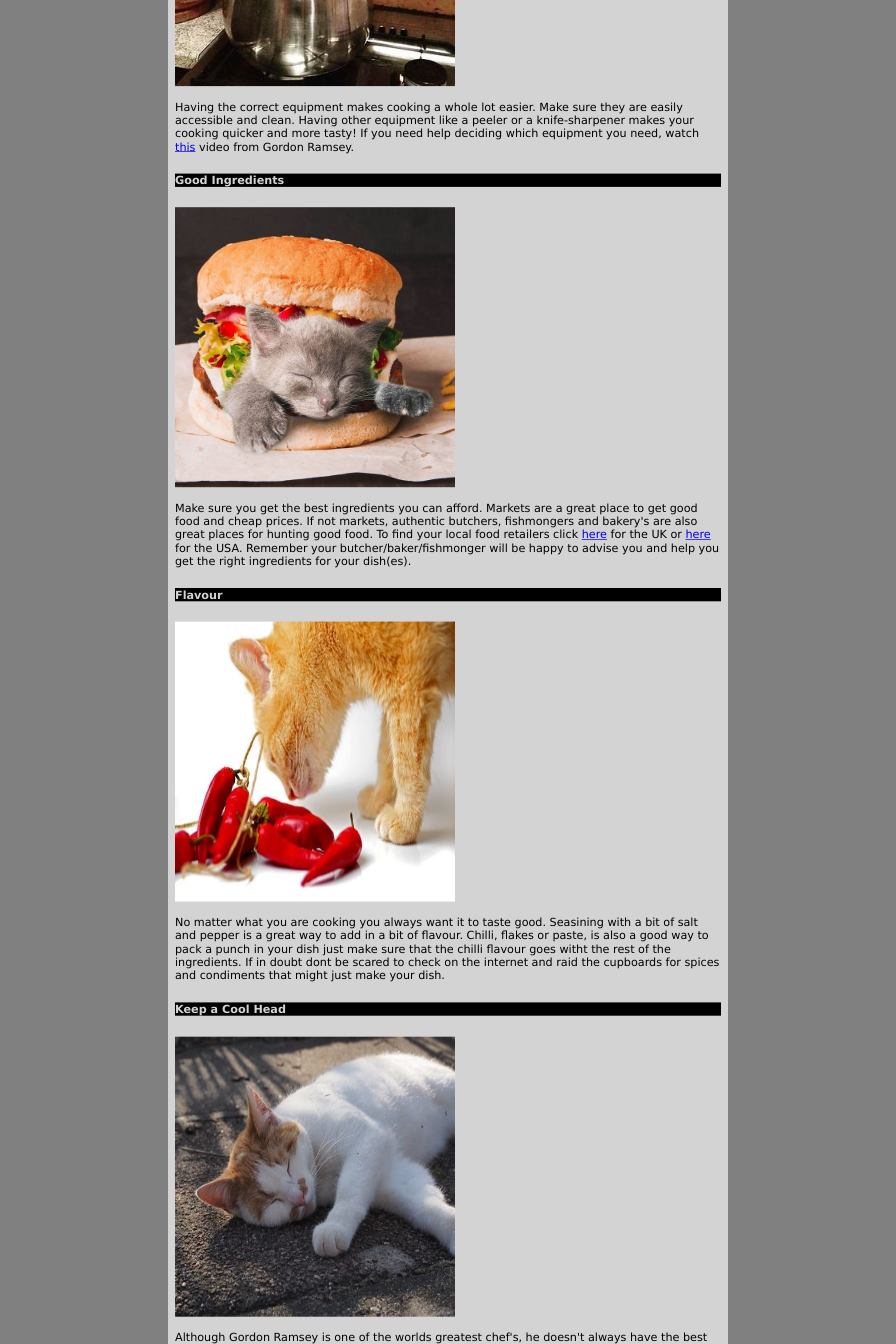
Repository: evamaltby/catsandcooking
Page: index.html
The author's editor kept a record of every edit. The page is drawn from the files as they stood at one moment, then again after the next edit.
The browser window is 1280 px wide. The pictures show the part of the page from y = 750 to 2670 px (the page is 2780 px tall before and 2801 px after), at 70% of full size.

Above is the page before.
Not found: css/normalize.css

After the next edit:
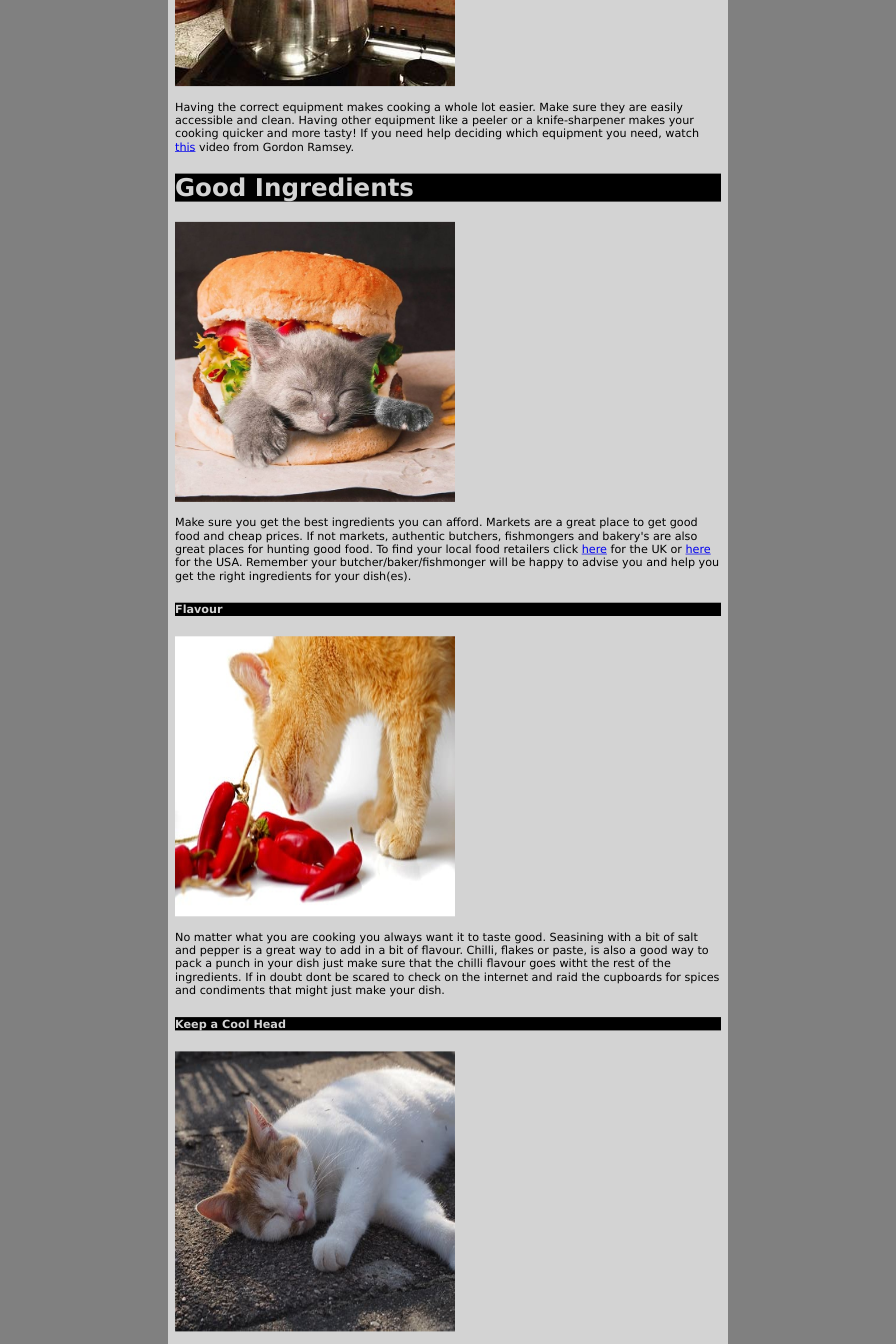
The edit:
--- a/index.html
+++ b/index.html
@@ -42,7 +42,7 @@
             makes your cooking quicker and more tasty! If you need help deciding which
             equipment you need, watch <a href="https://www.youtube.com/watch?v=-av6cz9upO0" target="_blank">this</a> video from Gordon Ramsey.</p>
 
-            <h2><p style="font-family:verdana">Good Ingredients</h2>
+            <h2>Good Ingredients</h2>
             <img src="Images/burgercat.jpg" width="400" height="400" alt="A cat with food">
             <p> <p style="font-family:verdana">Make sure you get the best ingredients you can afford.
             Markets are a great place to get good food and cheap prices.
